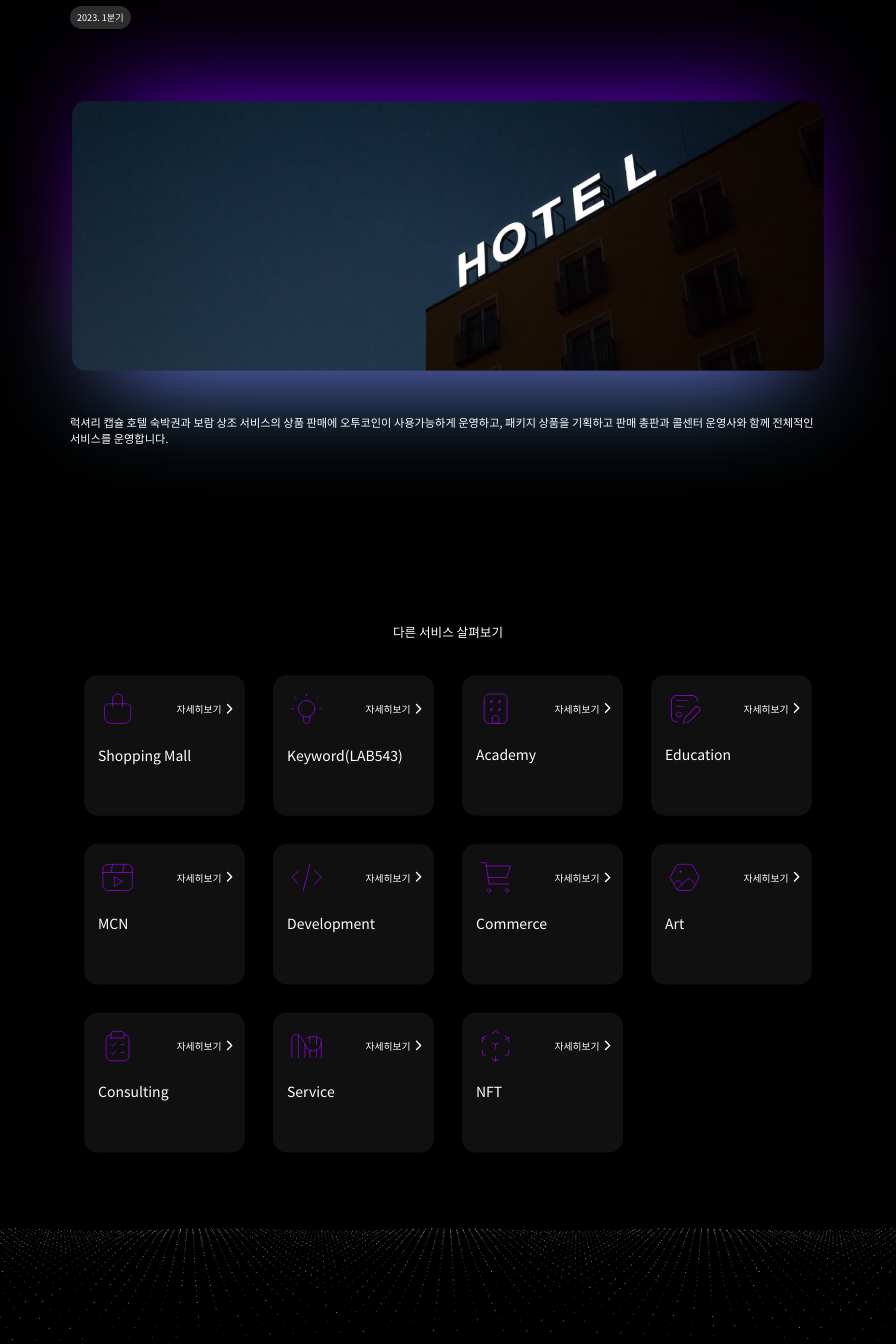
Repository: songhun115/Otwo
Page: sub-page/sub-service.html
The author's editor kept a copy of each file at every save. The page is drawn from the files as they stood at one save, then again after the next save.
The browser window is 1280 px wide. The pictures show the part of the page from y = 1099 to 3019 px (the page is 3019 px tall before and 2929 px after), at 70% of full size.

Above is the page before, as saved 2022-11-23 10:14:33.
Not found: js/three.js

After the next save:
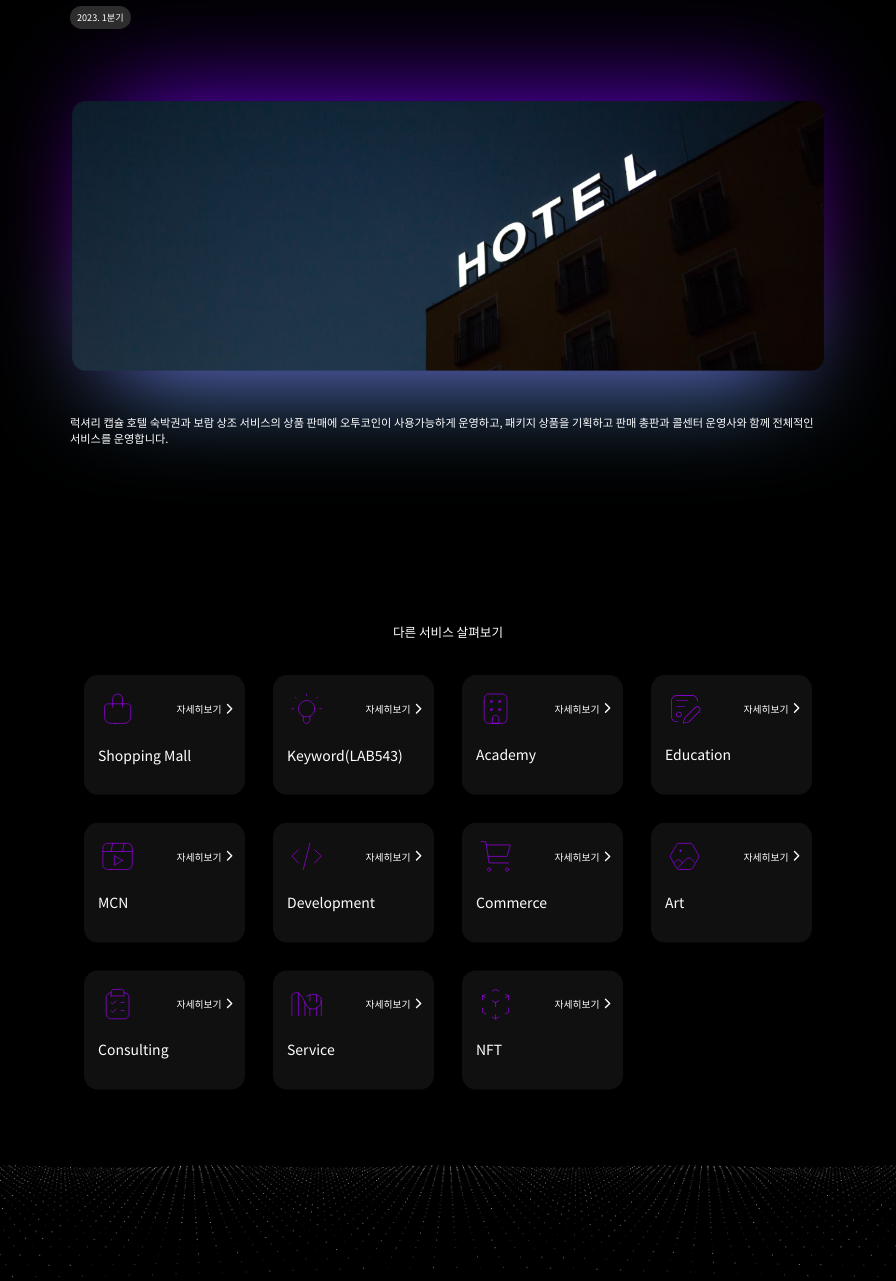
Saved 19 s later.
--- a/css/content.css
+++ b/css/content.css
@@ -126,7 +126,7 @@ body.over{overflow: hidden;}
   .platform-img img {max-width: 56px;}
   .platform-item{position: relative; overflow: hidden; }
   .platform-item:hover .platform-hide-con{bottom: 10px;}
-  .platform-item .platform-category{padding-bottom: 30px;}
+
   .platform-item:hover .platform-img{padding-bottom: 30px;} */
    .platform-item:hover .platform-category{padding-bottom: 30px;}
   .platform-hide-con{position: absolute; bottom: -50%; left: 0; transition: 0.3s; padding:20px ;}
